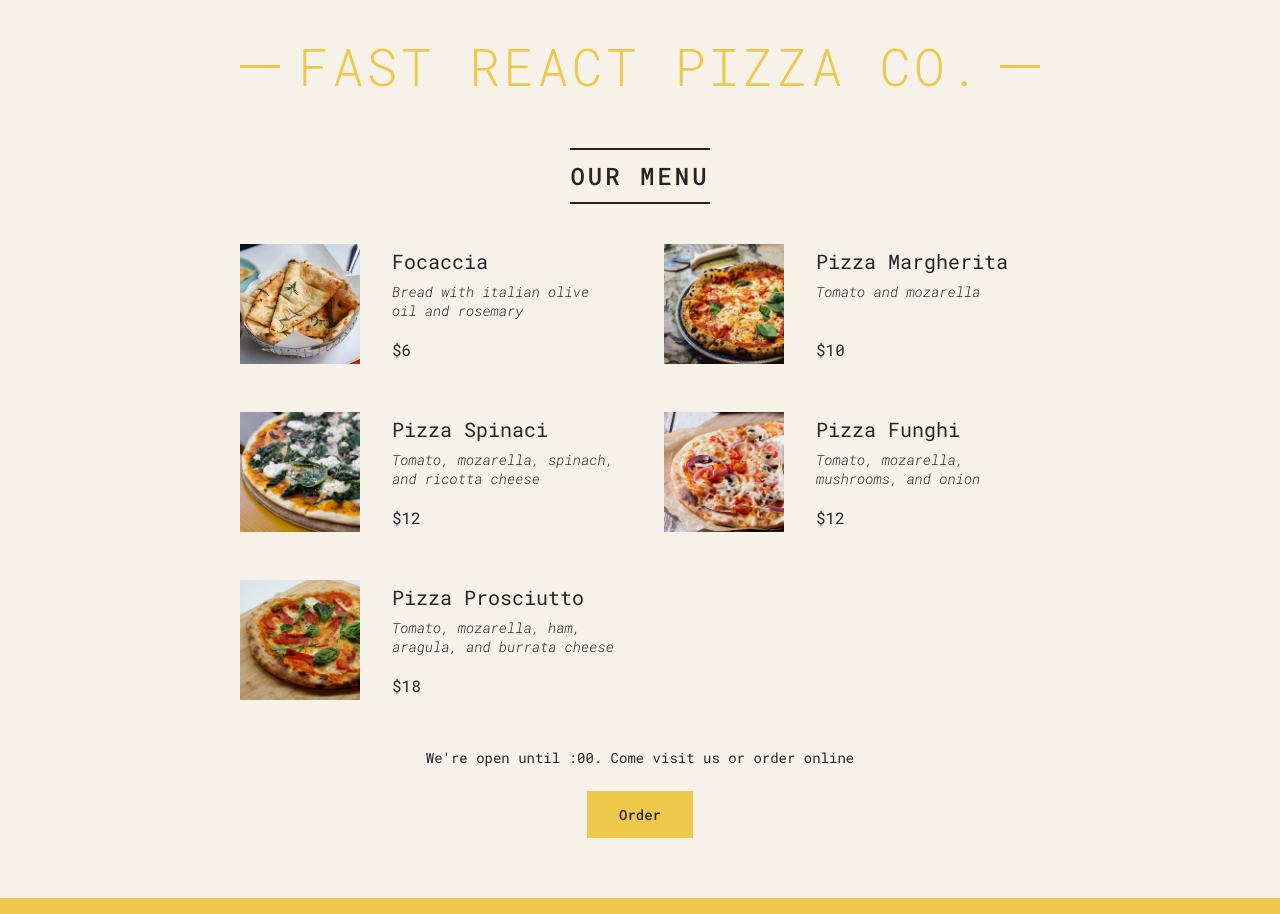
Repository: ahmedharidy/First-React-App
Page: /
The author's editor kept a copy of each file at every save. The page is drawn from the files as they stood at one save, then again after the next save.
The browser window is 1280 px wide. The pictures show the whole page.
The project was rebuilt for these pictures with package versions that can differ from the ones it lists, and the page was loaded fresh each time.

Above is the page before, as saved 2026-09-23 04:27:14.

After the next save:
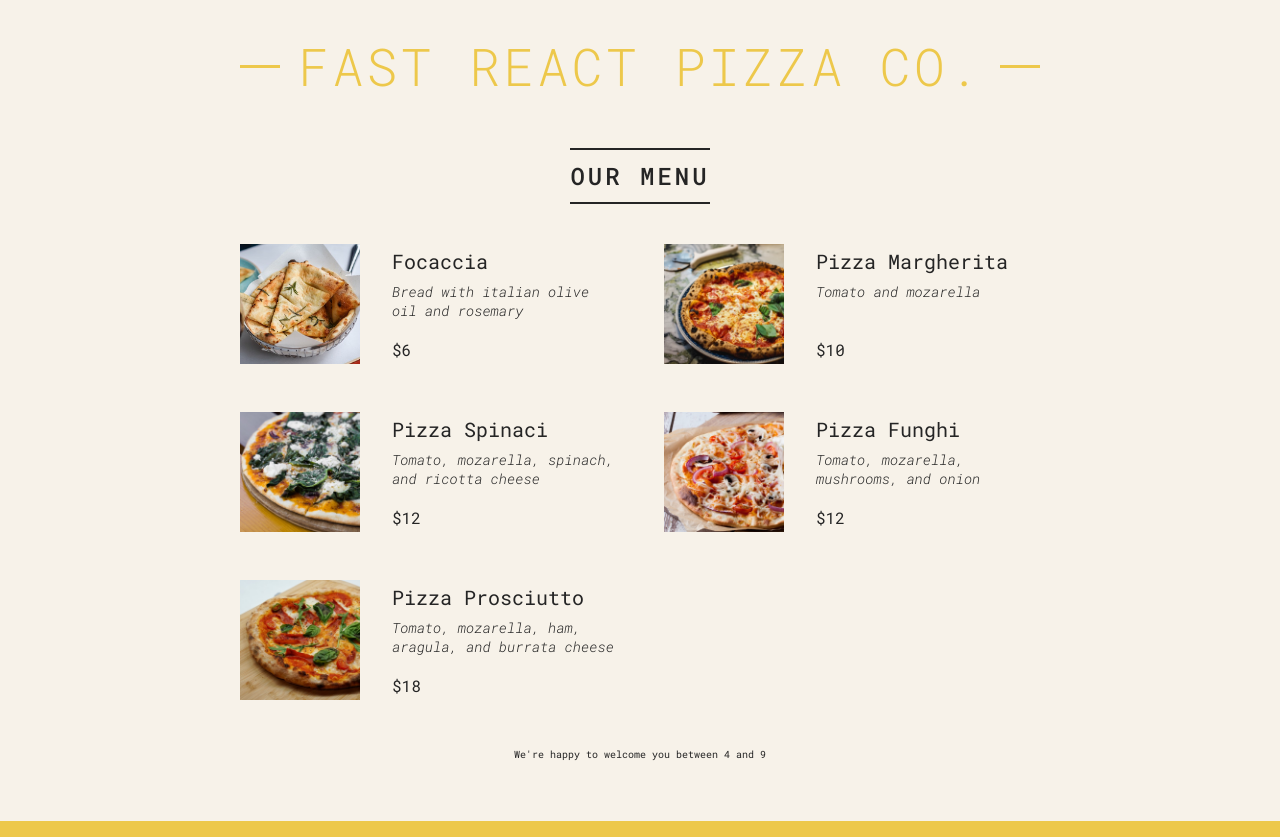
Saved 57 s later.
--- a/src/index.js
+++ b/src/index.js
@@ -116,8 +116,8 @@ function Pizza(props) {
 
 function Footer() {
   const hour = new Date().getHours();
-  const openHour = 12;
-  const closeHour = 22;
+  const openHour = 4;
+  const closeHour = 9;
   const isOpen = hour >= openHour && hour <= closeHour;
   //   if (hour >= openHour && hour <= closeHour) alert("were currently open!");
   //   else alert("sorry were closed");
